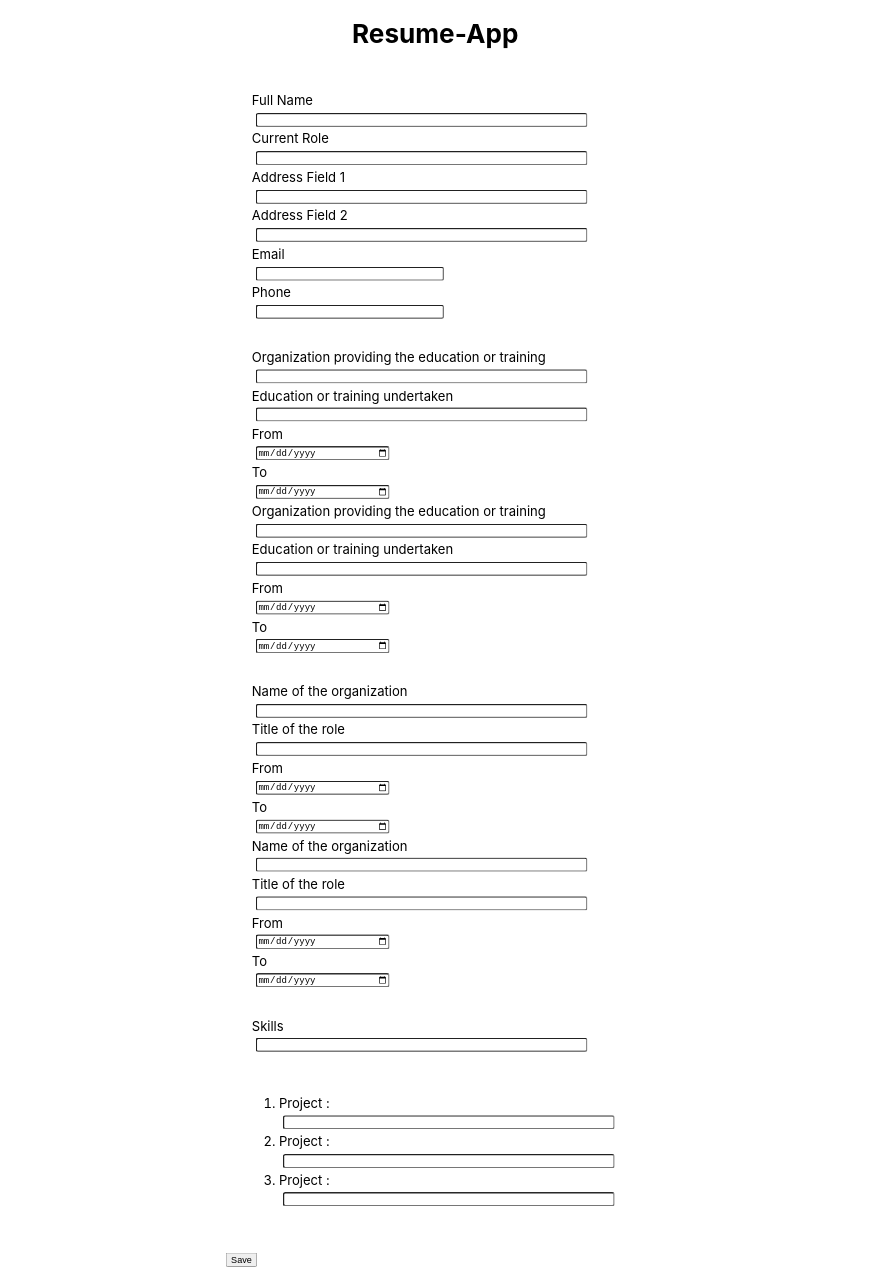
Repository: 0101chaitanya/resume-app
Page: /
An editor plug-in stored every save of this project. The page is shown before and after the next save, followed by the edit.
The browser window is 1280 px wide. The pictures show the whole page, at 68% of full size.
The project was rebuilt for these pictures with package versions that can differ from the ones it lists, and the page was loaded fresh each time.

Above is the page before, as saved 2021-07-28 15:45:27.

### src/App.js
import React, { useState, useEffect } from "react";
import logo from "./logo.svg";
import "./App.css";

function App() {
  const [state, setState] = useState({
    fullName: "",
    currentRole: "",
    address1: "",
    address2: "",

    schoolName1: "",
    titleOfStudy1: "",
    from1: "",
    to1: "",

    schoolName2: "",
    titleOfStudy2: "",
    from2: "",
    to2: "",

    organizationName1: "",
    titleOfRole1: "",
    workedFrom1: "",
    workedTill1: "",

    organizationName2: "",
    titleOfRole2: "",
    workedFrom2: "",
    workedTill2: "",

    skills: "",

    project1: "",
    project2: "",
    project3: "",
  });
  useEffect(() => {
    console.log(state);
  });
  const onChange = (e) => {
    const { name, value } = e.target;
    setState({
      ...state,
      [name]: value,
    });
  };
  const handleSubmit = (e) => {
    localStorage.setItem("savedData", JSON.stringify(state));
    setState({
      fullName: "",
      currentRole: "",
      address1: "",
      address2: "",

      schoolName1: "",
      titleOfStudy1: "",
      from1: "",
      to1: "",

      schoolName2: "",
      titleOfStudy2: "",
      from2: "",
      to2: "",

      organizationName1: "",
      titleOfRole1: "",
      workedFrom1: "",
      workedTill1: "",

      organizationName2: "",
      titleOfRole2: "",
      workedFrom2: "",
      workedTill2: "",

      skills: "",

      project1: "",
      project2: "",
      project3: "",
    });
    e.target.submit();
  };

  return (
    <div className="app">
      <header className="App-header">
        <h1>Resume-App</h1>
      </header>
      <form
        onSubmit={(e) => {
          e.preventDefault();
          handleSubmit(e);
        }}
      >
        <div className="section section1">
          <label htmlFor="fullName">
            Full Name
            <input
              required
              id="fullName"
              name="fullName"
              onChange={onChange}
              value={state.fullName}
              type="text"
            />
          </label>
          <label htmlFor="currentRole">
            Current Role
            <input
              required
              id="currentRole"
              name="currentRole"
              onChange={onChange}
              value={state.currentRole}
              type="text"
            />
          </label>
          <label htmlFor="address1">
            Address Field 1
            <input
              required
              id="address1"
              name="address1"
              onChange={onChange}
              value={state.address1}
              type="text"
            />
          </label>
          <label htmlFor="address2">
            Address Field 2
            <input
              required
              id="address2"
              name="address2"
              onChange={onChange}
              value={state.address2}
              type="text"
            />
          </label>
          <label htmlFor="email">
            Email
            <input
              required
              id="email"
              name="email"
              onChange={onChange}
              value={state.email}
              type="email"
            />
          </label>
          <label htmlFor="phone">
            Phone
            <input
              required
              id="phone"
              name="phone"
              onChange={onChange}
              value={state.phone}
              type="tel"
            />
          </label>
        </div>
        <div className="section section2">
          <div className="edu1">
            <label htmlFor="schoolName1">
              Organization providing the education or training
              <input
                required
                id="schoolName1"
                name="schoolName1"
                onChange={onChange}
                value={state.schoolName1}
                type="text"
              />
            </label>
            <label htmlFor="titleOfStudy1">
              Education or training undertaken
              <input
                required
                id="titleOfStudy1"
                name="titleOfStudy1"
                onChange={onChange}
                value={state.titleOfStudy1}
                type="text"
              />
            </label>
            <label htmlFor="from1">
              From
              <input
                required
                id="from1"
                name="from1"
                onChange={onChange}
                value={state.from1}
                type="date"
              />
            </label>
            <label htmlFor="to1">
              To
              <input
                required
                id="to1"
                name="to1"
                onChange={onChange}
                value={state.to1}
                type="date"
              />
            </label>
          </div>
          <div className="edu2">
            <label htmlFor="schoolName2">
              Organization providing the education or training
              <input
                required
                id="schoolName2"
                name="schoolName2"
                onChange={onChange}
                value={state.schoolName2}
                type="text"
              />
            </label>
            <label htmlFor="titleOfStudy2">
              Education or training undertaken
              <input
                required
                id="titleOfStudy2"
                name="titleOfStudy2"
                onChange={onChange}
                value={state.titleOfStudy2}
                type="text"
              />
            </label>
            <label htmlFor="from2">
              From
              <input
                required
                id="from2"
                name="from2"
                onChange={onChange}
                value={state.from2}
                type="date"
              />
            </label>
            <label htmlFor="to2">
              To
              <input
                required
                id="to2"
                name="to2"
                onChange={onChange}
                value={state.to2}
                type="date"
              />
            </label>
          </div>
        </div>
        <div className="section section3">
          <div className="job1">
            <label htmlFor="organizationName1">
              Name of the organization
              <input
                required
                id="organizationName1"
                name="organizationName1"
                onChange={onChange}
                value={state.organizationName1}
                type="text"
              />
            </label>
            <label htmlFor="titleOfRole1">
              Title of the role
              <input
                required
                id="titleOfRole1"
                name="titleOfRole1"
                onChange={onChange}
                value={state.titleOfRole1}
                type="text"
              />
            </label>
            <label htmlFor="workedFrom1">
              From
              <input
                required
                id="workedFrom1"
                name="workedFrom1"
                onChange={onChange}
                value={state.workedFrom1}
                type="date"
              />
            </label>
            <label htmlFor="workedTill1">
              To
              <input
                required
                id="workedTill1"
                name="workedTill1"
                onChange={onChange}
                value={state.workedTill1}
                type="date"
              />
            </label>
          </div>
          <div className="job2">
            <label htmlFor="organizationName2">
              Name of the organization
              <input
                id="organizationName2"
                name="organizationName2"
                onChange={onChange}
                value={state.organizationName2}
                type="text"
              />
            </label>
            <label htmlFor="titleOfRole2">
              Title of the role
              <input
                id="titleOfRole2"
                name="titleOfRole2"
                onChange={onChange}
                value={state.titleOfRole2}
                type="text"
              />
            </label>
            <label htmlFor="workedFrom2">
              From
              <input
                id="workedFrom2"
                name="workedFrom2"
                onChange={onChange}
                value={state.workedFrom2}
                type="date"
              />
            </label>
            <label htmlFor="workedTill2">
              To
              <input
                id="workedTill2"
                name="workedTill2"
                onChange={onChange}
                value={state.workedTill2}
                type="date"
              />
            </label>
          </div>
        </div>
        <div className="section section4">
          <label htmlFor="skills">
            Skills
            <input
              required
              id="skills"
              name="skills"
              onChange={onChange}
              value={state.skills}
              type="text"
            />
          </label>
        </div>
        <div className="section section5">
          <ol>
            <li>
              <label htmlFor="project1">
                Project :{" "}
                <input
                  required
                  id="project1"
                  name="project1"
                  onChange={onChange}
                  value={state.project1}
                  type="text"
                />
              </label>
            </li>
            <li>
              <label htmlFor="project2">
                Project :{" "}
                <input
                  required
                  id="project2"
                  name="project2"
                  onChange={onChange}
                  value={state.project2}
                  type="text"
                />
              </label>
            </li>
            <li>
              <label htmlFor="project3">
                Project :{" "}
                <input
                  id="project3"
                  name="project3"
                  onChange={onChange}
                  value={state.project3}
                  type="text"
                />
              </label>
            </li>
          </ol>
        </div>
        <button type="submit">Save</button>
      </form>
    </div>
  );
}

export default App;

### src/App.css
html {
  font-size: 1.2rem;
}
input {
  border-radius: 0.2rem;
}
.app {
  margin: auto;
  display: flex;
  flex-direction: column;
  align-items: center;
}

h1 {
  text-align: center;
}
label {
  display: flex;
  flex-direction: column;
}
input[type="text"] {
  width: 25rem;
  margin: 0.3rem;
}
input[type="email"],
input[type="tel"] {
  width: 14rem;

  margin: 0.3rem;
}

input[type="date"] {
  width: 10rem;

  margin: 0.3rem;
}
.section {
  margin: 2rem;
  display: flex;
  flex-direction: column;
  justify-content: center;
}
.section1,
.section2,
.section3,
.section4,
.section5 {
}

Loaded but not shown: public/index.html (common file); src/index.js (common file); src/index.css (common file); src/reportWebVitals.js (common file)

After the next save:
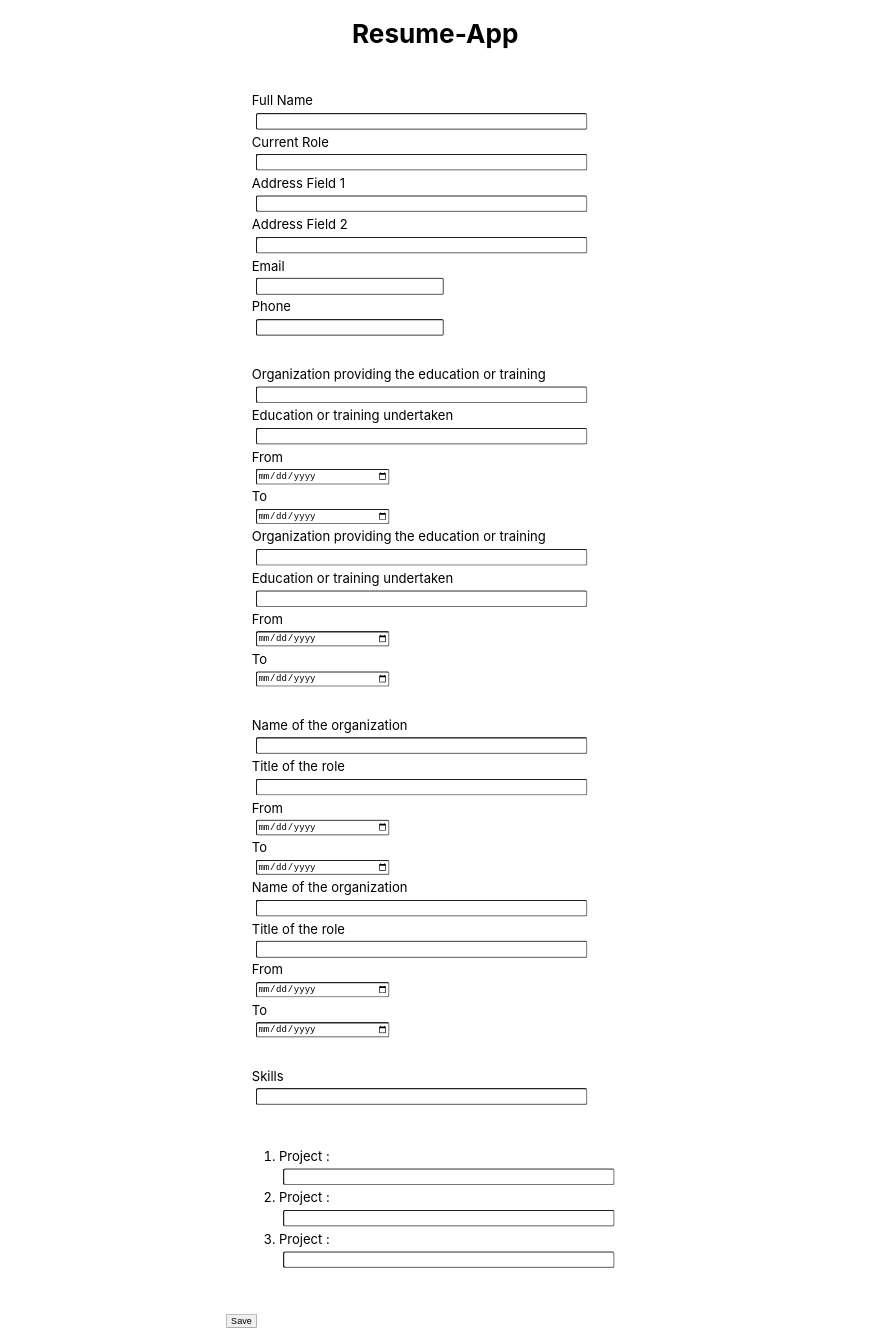
Saved 15 s later.
--- a/src/App.css
+++ b/src/App.css
@@ -3,6 +3,7 @@ html {
 }
 input {
   border-radius: 0.2rem;
+  height: 1rem;
 }
 .app {
   margin: auto;
